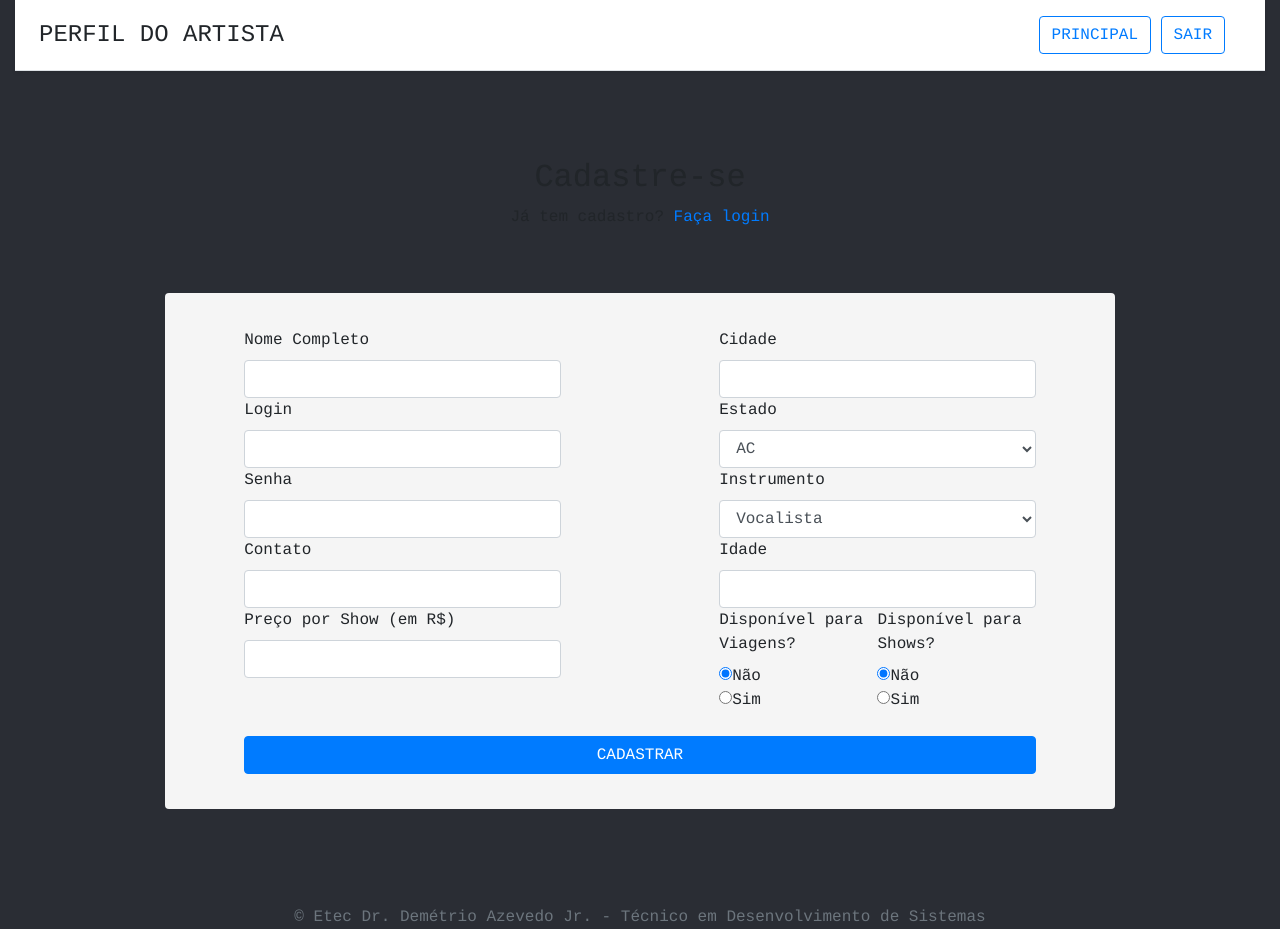
Repository: van051299/aula_20200211_crud
Page: http://localhost/perfil.php
These files come from the project's save history. The page is drawn as it stood at one moment and after the next save; the edit follows.
The browser window is 1280 px wide. The pictures show the whole page.
The page is run by PHP 8.4 with error messages shown; the project is at /var/www/html/. The session is filled in as if someone had signed in: {"login": "testuser"}.

Above is the page before, as saved 2019-11-22 15:39:39.
Console error: TypeError: Cannot read properties of undefined (reading 'fn')

After the next save:
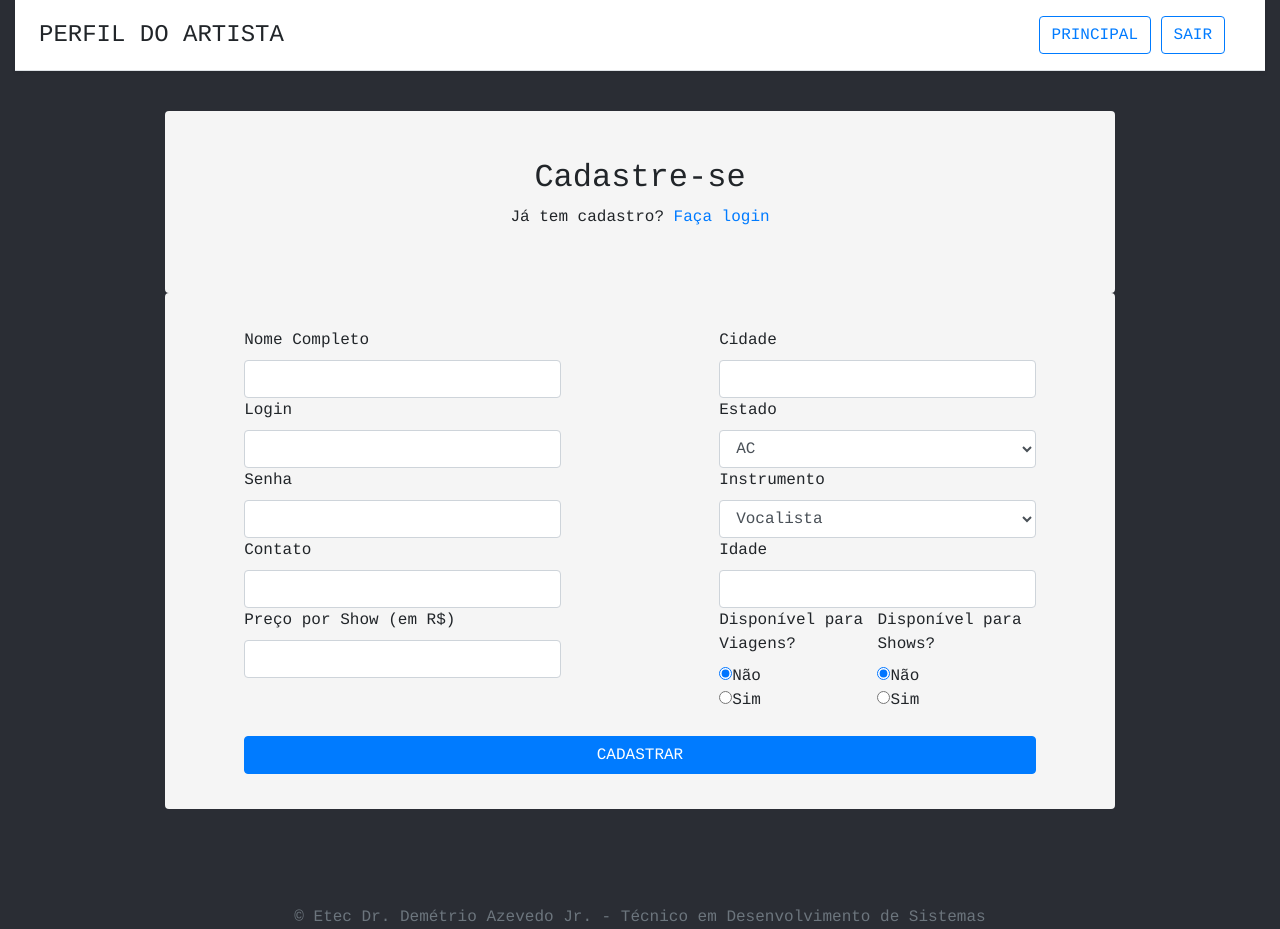
Saved 48 s later.
--- a/2511-v2.3/perfil.php
+++ b/2511-v2.3/perfil.php
@@ -46,7 +46,7 @@ if(empty($_SESSION["login"])){
     </div>
     <br>
 
-    <div class="py-5 text-center">
+    <div class="py-5 text-center container rounded" style="background-color: #f5f5f5; padding-bottom: 35px; padding-top: 35px;">
         <h2>Cadastre-se</h2>
 		      <p>Já tem cadastro?<a href="login.php"> Faça login</a></p>
       </div>
